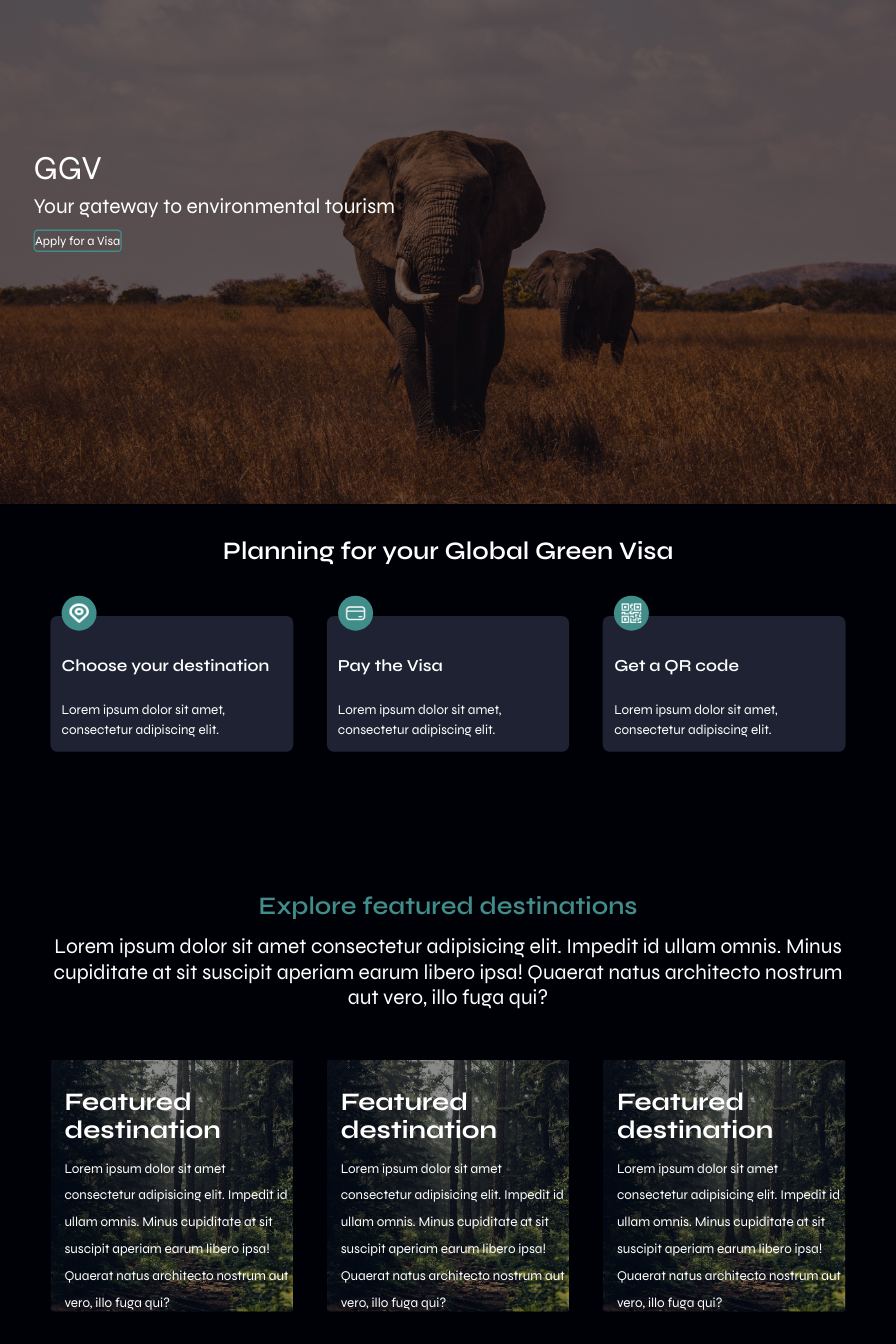
Repository: EngrAhmadUmar/landing-page
Page: /main
An editor plug-in stored every save of this project. The page is shown before and after the next save, followed by the edit.
The browser window is 1280 px wide. The pictures show the part of the page from y = 0 to 1920 px (the page is 2716 px tall), at 70% of full size.
The page's requests for data from a server got no answer. The project was rebuilt for these pictures with package versions that can differ from the ones it lists, and the page was loaded fresh each time. The framework's server and built-in components were replaced by stand-ins that run in the browser. No one was signed in, and anything a server would have sent is missing. Also part of the build but not shown: next.config.js, styles/Home.module.css, src/Components/MainPageComponents/AreasOfConservation.jsx.

Above is the page before, as saved 2022-06-29 13:40:32.

### pages/_app.js
import "../styles/globals.css";
import { ApolloClient, InMemoryCache, ApolloProvider } from "@apollo/client";

//apollo clients
const client = new ApolloClient({
  uri: "http://localhost:1337/graphql",
  cache: new InMemoryCache()
});

function MyApp({ Component, pageProps }) {
  return (
    <ApolloProvider client={client}>
      <Component {...pageProps} />
    </ApolloProvider>
  );
}

export default MyApp;

### pages/main.js
import React from "react";
import { gql, ApolloClient, InMemoryCache } from "@apollo/client";
import {
  HeroSection,
  PlanningVisa,
  FeaturedDestination,
  AreasOfConservation,
  Footer
} from "../src/Components/MainPageComponents";

export default function main({ areas }) {
  return (
    <React.Fragment>
      <div className="bg-[#000107] font-syne">
        <HeroSection />
        <PlanningVisa />
        <FeaturedDestination />
        {/* <AreasOfConservation areas={areas} /> */}

        <Footer />
      </div>
    </React.Fragment>
  );
}

// export async function getServerSideProps() {
//   const client = new ApolloClient({
//     uri: "http://localhost:1337/graphql",
//     cache: new InMemoryCache()
//   });

//   const { data } = await client.query({
//     query: gql`
//       query GetInvestmentAreas {
//         conservationAreas {
//           data {
//             id
//             attributes {
//               title
//               short_description
//             }
//           }
//         }
//       }
//     `
//   });

//   console.log("data", data);
//   return {
//     props: {
//       areas: data.conservationAreas.data
//     }
//   };
// }

### styles/globals.css
@import url("https://fonts.googleapis.com/css2?family=Poppins:wght@400;500;600&family=Syne:wght@400;500;600;700&display=swap");

@tailwind base;
@tailwind components;
@tailwind utilities;

### src/Components/MainPageComponents/index.jsx
export { default as HeroSection } from "./HeroSection";
export { default as PlanningVisa } from "./PlanningVisa";
export { default as FeaturedDestination } from "./FeaturedDestinations";
export { default as AreasOfConservation } from "./AreasOfConservation";
export { default as Footer } from "./Footer";

### src/Components/MainPageComponents/HeroSection.jsx
import Image from "next/image";
import Link from "next/link";
import styles from "../../../styles/Home.module.css";
import Head from "next/head";

const HeroSection = () => {
  return (
    <div className="text-white h-[100vh] relative">
      <Head>
        <title>Welcome to GGV</title>
        <meta name="description" content="Welcome to GGV" />
      </Head>
      <div className="absolute h-[100vh] w-[100vw] -z-1 overflow-hidden">
        <Image
          src="/hero.jpg"
          layout="fill"
          objectFit="cover"
          quality={80}
          alt="hero"
          style={{ opacity: 0.4 }}
        />
      </div>
      <div className="absolute ml-[3rem] mt-[30vh] ">
        <h3 className="text-5xl">GGV</h3>

        <h3 className="text-3xl mt-3">Your gateway to environmental tourism</h3>
        <Link href="#">
          <button className="mt-4 border-green border-2 rounded-md text-lg">
            Apply for a Visa
          </button>
        </Link>
      </div>
    </div>
  );
};

export default HeroSection;

### src/Components/MainPageComponents/PlanningVisa.jsx
import React from "react";
import styles from "../../../styles/Home.module.css";
import VisaDesc from "./VisaDesc";
const PlanningVisa = () => {
  return (
    <div className="font-syne flex justify-center text-white">
      <div className="mt-[3rem] max-w-[90vw]">
        <div className="">
          <h3
            className={`${
              styles.headings
            }  ${"text-center text-3xl md:text-4xl  font-semibold"}`}
          >
            Planning for your Global Green Visa
          </h3>
        </div>
        <div className=" mt-16 grid grid-cols-1 p-2 gap-12 md:grid-cols-3">
          <VisaDesc
            title="Choose your destination"
            description="Lorem ipsum dolor sit amet, consectetur adipiscing elit."
            icon="/icons/location_icon.png"
          />
          <VisaDesc
            title="Pay the Visa"
            description="Lorem ipsum dolor sit amet, consectetur adipiscing elit."
            icon="/icons/pay_icon.png"
          />
          <VisaDesc
            title="Get a QR code"
            description="Lorem ipsum dolor sit amet, consectetur adipiscing elit."
            icon="/icons/bi_qr-code.png"
          />
        </div>

        <p className="text-center mt-8 px-4 leading-loose text-[1.3rem] md:text-[1.5rem] lg:text-[2rem] lg:px-[4rem]"></p>
      </div>
    </div>
  );
};

export default PlanningVisa;

### src/Components/MainPageComponents/FeaturedDestinations.jsx
import React from "react";
import DestinationCard from "./DestinationCard";
import Link from "next/link";
import { useQuery, gql } from "@apollo/client";

const featuredDestinations = gql`
  query GetfeaturedDestinations {
    futureDestinations {
      data {
        id
        attributes {
          title
          short_description
        }
      }
    }
  }
`;

// componentDidMount, ComponentDidUpdate, ComponentDIdRemove

const FeaturedDestinations = () => {
  try {
    const { loading, error, data } = useQuery(featuredDestinations);
    if (loading) return <p>Loading...</p>;
    if (error) {
      console.log("couldn't fetch");
      console.log(error);
    } else {
      destinations = data.futureDestinations.data;
    }
  } catch (error) {
    console.log("couldn't fetch");
    console.log(error);
  }

  return (
    <div className="bg-[#000107] font-syne flex justify-center text-center text-white mt-[2rem]">
      <div className="mt-[1rem] max-w-[90vw]">
        <div className="">
          <h3 className="text-3xl lg:text-4xl mt-[7rem] text-[#418D89] font-semibold">
            Explore featured destinations
          </h3>
        </div>
        <p className="mt-5 leading-loose text-lg lg:text-2xl xl:text-3xl ">
          Lorem ipsum dolor sit amet consectetur adipisicing elit. Impedit id
          ullam omnis. Minus cupiditate at sit suscipit aperiam earum libero
          ipsa! Quaerat natus architecto nostrum aut vero, illo fuga qui?
        </p>

        <div className="grid grid-cols-1 p-2 gap-12 mt-[4rem] md:grid-cols-2 lg:grid-cols-3 ">
          {destinations.map((destination) => {
            return (
              <DestinationCard
                title={destination.title}
                short_description={destination.short_description}
              />
            );
          })}
        </div>
        {/* We will uncomment this one just a litle bit later when we have the content for that page */}

        {/* <button className="bg-[#418d89] py-2 rounded-lg mt-8 mb-3">
          <Link href="#">
            <a className="px-8 py-1 text-lg md:text-2xl">see more</a>
          </Link>
        </button> */}
      </div>
    </div>
  );
};

let destinations = [
  {
    title: "Featured destination",
    short_description:
      "Lorem ipsum dolor sit amet consectetur adipisicing elit. Impedit id ullam omnis. Minus cupiditate at sit suscipit aperiam earum libero ipsa! Quaerat natus architecto nostrum aut vero, illo fuga qui?"
  },
  {
    title: "Featured destination",
    short_description:
      "Lorem ipsum dolor sit amet consectetur adipisicing elit. Impedit id ullam omnis. Minus cupiditate at sit suscipit aperiam earum libero ipsa! Quaerat natus architecto nostrum aut vero, illo fuga qui?"
  },
  {
    title: "Featured destination",
    short_description:
      "Lorem ipsum dolor sit amet consectetur adipisicing elit. Impedit id ullam omnis. Minus cupiditate at sit suscipit aperiam earum libero ipsa! Quaerat natus architecto nostrum aut vero, illo fuga qui?"
  },
  {
    title: "Featured destination",
    short_description:
      "Lorem ipsum dolor sit amet consectetur adipisicing elit. Impedit id ullam omnis. Minus cupiditate at sit suscipit aperiam earum libero ipsa! Quaerat natus architecto nostrum aut vero, illo fuga qui?"
  }
];

export default FeaturedDestinations;

### src/Components/MainPageComponents/Footer.jsx
import React from "react";
import Head from "next/head";
import Image from "next/image";
import Instagram from "../../../public/instagram.png";
import Twitter from "../../../public/twitter.png";
import LinkedIn from "../../../public/linkedin.png";

const Footer = () => {
  return (
    <div className="bg-[#000107] text-center font-syne mt-[5rem] flex flex-col justify-center items-center text-white">
      <Head>
        <title>Stay In Touch</title>
        <meta
          name="keywords"
          content="social media, stay in touch, reach out, ggv, global green visa"
        />
      </Head>
      <div className="top-[20%] px-8">
        <h1 className="text-[#418D89] font-semibold text-[33px] md:text-[2.4rem] ">
          Stay in touch
        </h1>
        <p className="font-normal text-[1.5rem] mt-5 md:text-[1.8rem] ">
          Keep in touch with us on our social media pages
        </p>
      </div>

      <div className="flex justify-between gap-6 mt-[5rem]">
        <Image src={Instagram} alt="Instagram" width={46} height={46} />
        <Image src={Twitter} alt="Instagram" width={46} height={46} />
        <Image src={LinkedIn} alt="Instagram" width={46} height={46} />
      </div>
      <div className=" font-semibold flex justify-center items-center gap-5 mt-[3rem] mb-6">
        <div className="text-md border-white border-solid border-2 rounded-full w-5 h-5 flex justify-center items-center">
          C
        </div>
        <div className="text-xs md:text-lg">All rights reserved 2022 GGV</div>
      </div>
    </div>
  );
};

export default Footer;

### src/Components/MainPageComponents/VisaDesc.jsx
import React from "react";

const VisaDesc = ({ icon, title, description }) => {
  return (
    <section className=" py-4 px-4 bg-[#1F2232] rounded-[10px] ">
      <div className="rounded-[50%] bg-[#418d89] w-[50px] h-[50px] my-[-45px] absolute z-10 flex justify-center align-center">
        <img src={icon} alt="" width={28} className="my-auto" />
      </div>
      <h5 className="mt-10 mb-8 text-2xl font-semibold">{title}</h5>
      <p className="text-[1rem] md:text-[1rem] lg:text-[1.2rem]">
        {description}
      </p>
    </section>
  );
};

export default VisaDesc;

// this is the component which accepts the icon, title and the desc as props
/* Pay the Visa */

### src/Components/MainPageComponents/DestinationCard.jsx
import React from "react";
import Image from "next/image";
import destinationPic from "../../../public/sample-pic.jpeg";

const DestinationCard = ({ title, short_description }) => {
  return (
    <div className="relative h-[50vh] w-full ">
      <Image
        className="rounded opacity-60"
        layout="fill"
        objectFit="cover"
        src={destinationPic}
      />
      <div className="text-left absolute top-10 left-5">
        <h3 className="text-2xl font-bold xl:text-4xl">{title}</h3>
        <p className="mt-4 leading-loose text-[1rem] lg:text-[1.2rem]">
          {short_description}
        </p>
      </div>
    </div>
  );
};

export default DestinationCard;

// this is the card which accepts the destination title etc as props and will be reused later in FeaturedDestination component

### tailwind.config.js
/** @type {import('tailwindcss').Config} */
module.exports = {
  content: [
    "./pages/**/*.{js,ts,jsx,tsx}",
    "./components/**/*.{js,ts,jsx,tsx}",
    "./src/Components/**/*.{js,ts,jsx,tsx}"
  ],
  theme: {
    extend: {
      colors: {
        black: "#000107",
        green: "#418D89"
      },
      fontFamily: {
        syne: ["Syne"]
      }
    }
  },
  plugins: []
};

After the next save:
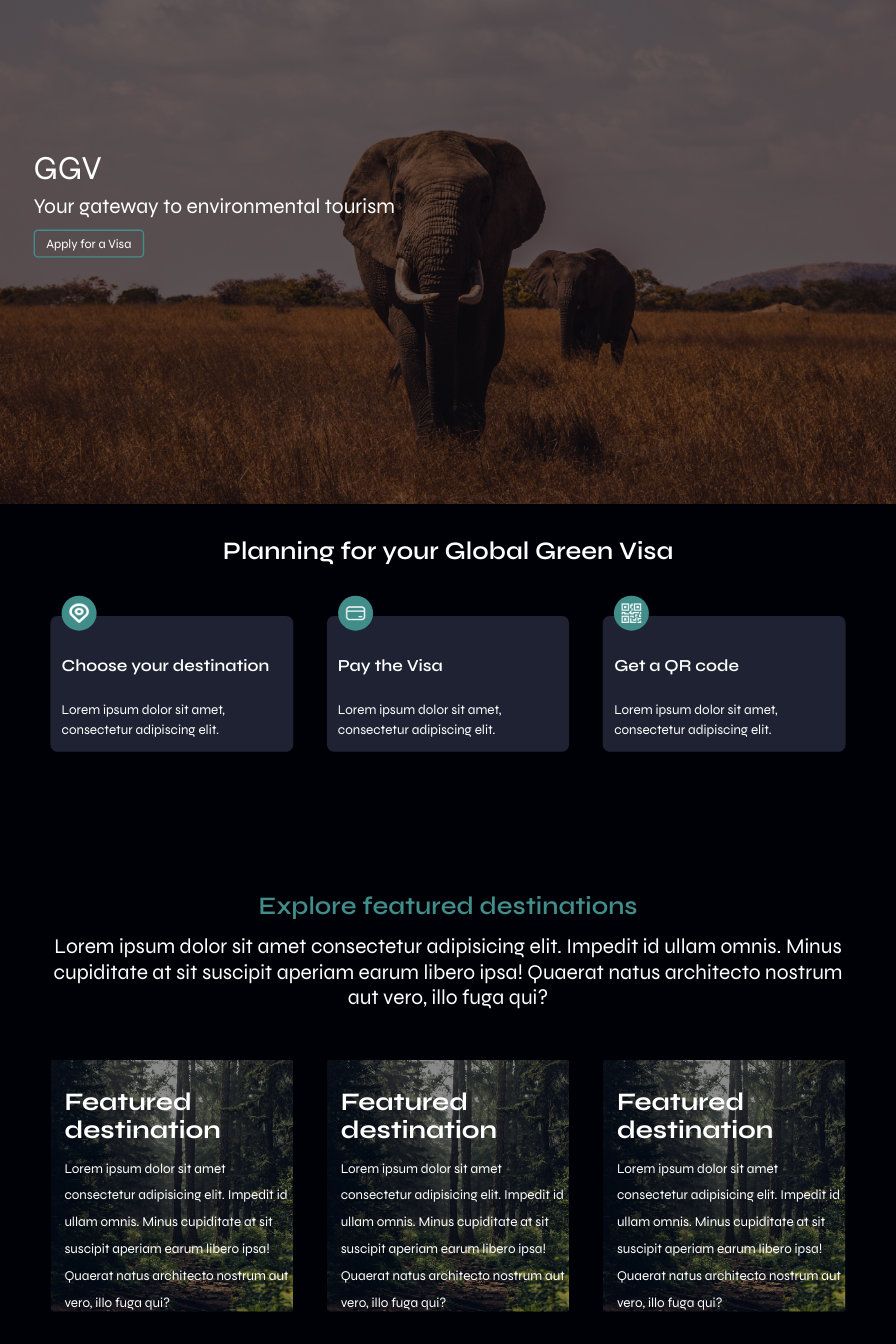
Saved 7 s later.
--- a/src/Components/MainPageComponents/HeroSection.jsx
+++ b/src/Components/MainPageComponents/HeroSection.jsx
@@ -25,7 +25,7 @@
 
         <h3 className="text-3xl mt-3">Your gateway to environmental tourism</h3>
         <Link href="#">
-          <button className="mt-4 border-green border-2 rounded-md text-lg">
+          <button className="mt-4 border-green border-2 rounded-md text-lg px-4 py-1">
             Apply for a Visa
           </button>
         </Link>
